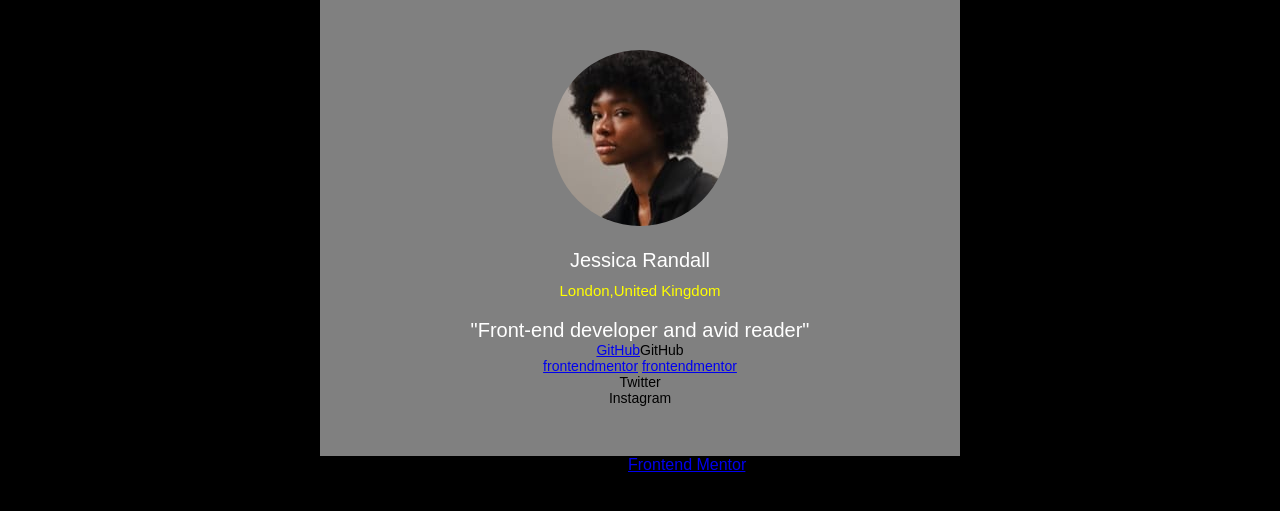
Repository: JosephAbatan05/Social-links-profile
Page: social-links-profile-main/index.html
An editor plug-in stored every save of this project. The page is shown before and after a run of saves, followed by the edit.
The browser window is 1280 px wide. The pictures show the whole page.

Above is the page before, as saved 2025-01-25 11:15:12.

### social-links-profile-main/index.html
<!DOCTYPE html>
<html lang="en">
<head>
  <meta charset="UTF-8">
  <meta name="viewport" content="width=device-width, initial-scale=1.0"> <!-- displays site properly based on user's device -->

  <link rel="icon" type="image/png" sizes="32x32" href="./assets/images/favicon-32x32.png">

  <title>Frontend Mentor | Social links profile</title>
<link rel="stylesheet" href="styles.css">

  <!-- Feel free to remove these styles or customise in your own stylesheet 👍 --<style>
    .attribution { font-size: 11px; text-align: center; }
    .attribution a { color: hsl(228, 45%, 44%); }
  </style>
</head>
<body>

  Jessica Randall
  London, United Kingdom
  "Front-end developer and avid reader."

  GitHub
  Frontend Mentor
  LinkedIn
  Twitter
  Instagram


-->

<div class="container">
  <img src="assets\images\avatar-jessica.jpeg" >

<div id="name">Jessica Randall</div>
<div class="description">London,United Kingdom</div>
<div class="about">"Front-end developer and avid reader"</div>
<div id="fa-links-container">
    <a href="https://github.com" class="button">GitHub</a>GitHub</div>



    <a href="https://frontendmentor.com" class="button">frontendmentor</a>




    <a href="https://Linke.com" class="button">frontendmentor</a>








  <div class="Frontend Mentor">Twitter</div>

  <div class="Instagramr">Instagram</div>

</div>


</div>
<div class="attribution">
  Challenge by <a href="https://www.frontendmentor.io?ref=challenge" target="_blank">Frontend Mentor</a>.
</div>

</body>
</html>

### social-links-profile-main/styles.css
body{
    margin:0;
    padding:0;
    box-sizing: border-box;
    background-color: black;
    font-family: sans-serif;
}
.container{
    text-align: center;
    margin: 0 auto;
    font-size:14px;
    background-color: grey;
    max-width: 50%;
    padding: 50px 0;
}
img{
    border-radius:50%;


}
.container #name{
    color:white;
    margin-top: 20px;
    font-size:20px;
}

.container .description{
    color:yellow;
    margin-top: 10px;
    font-size: 15px;
}
.container .about{
    margin-top:20px;
    color:white;
    font-size: 20px;
}

.fa-links-container{
    margin-top:20px;
    padding:10px;
    text-align: center;

}

.fa-links-container  a{
    padding:10px;
    border-radius:5px;
    background-color:rgb(37, 36, 36);
    color:white;
    margin:0  auto;
    max-width: 45%;
    align-items:flex-end;
   margin-top: 5px;
   font-weight:bold
}
.attribution{
    text-align:center;
    text-decoration: none;
}

After the next 4 saves:
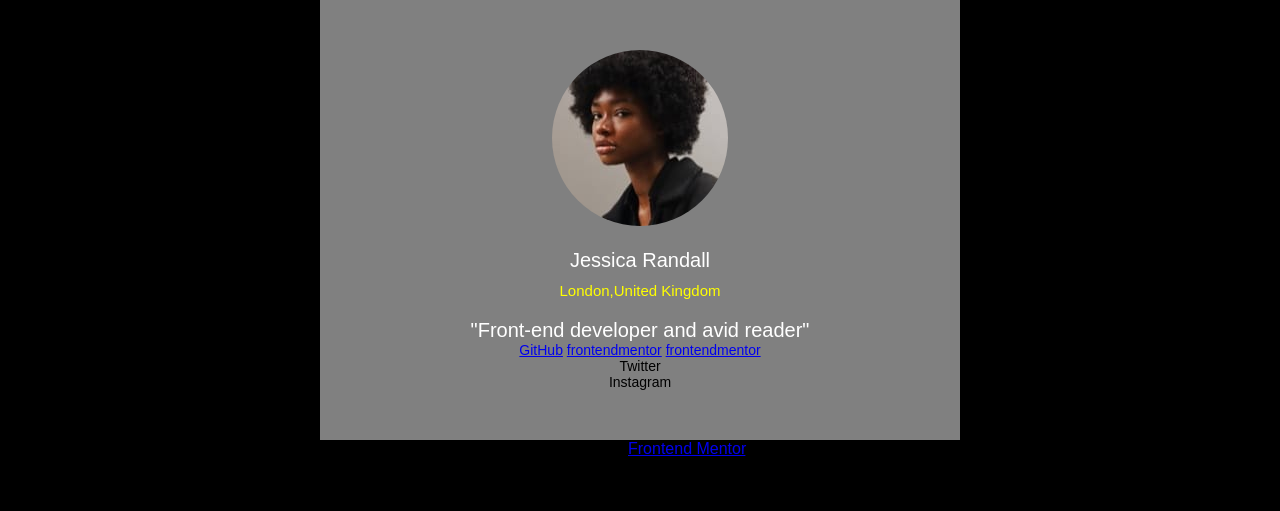
The 4 saves are shown as one change because they came seconds apart.
The last was saved 35 s later.
--- a/social-links-profile-main/index.html
+++ b/social-links-profile-main/index.html
@@ -36,7 +36,7 @@
 <div class="description">London,United Kingdom</div>
 <div class="about">"Front-end developer and avid reader"</div>
 <div id="fa-links-container">
-    <a href="https://github.com" class="button">GitHub</a>GitHub</div>
+    <a href="https://github.com" >GitHub</a>
 
 
 
